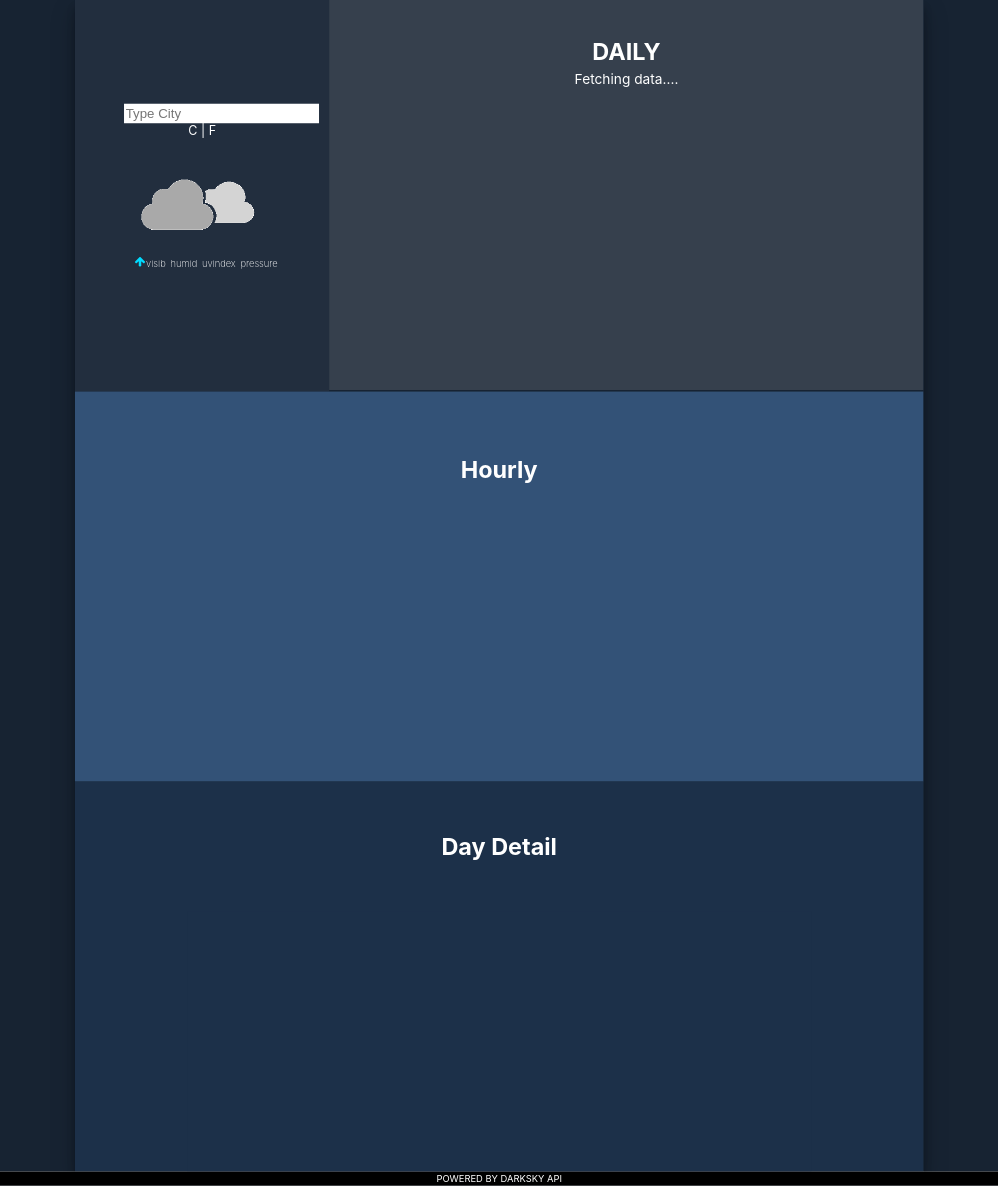
Repository: DOODpls/assignment3_weather
Page: index.html
An editor plug-in stored every save of this project. The page is shown before and after the next save, followed by the edit.
The browser window is 1280 px wide. The pictures show the whole page, at 78% of full size.
Some web fonts or font styles are not loaded; a fallback is used. Some web libraries are served in a nearby version.

Above is the page before, as saved 2020-01-07 19:21:32.

### index.html
<!DOCTYPE html>
<html lang="en">
    <head>
        <meta charset="UTF-8" />
        <meta name="viewport" content="width=device-width, initial-scale=1.0" />
        <meta http-equiv="X-UA-Compatible" content="ie=edge" />
        <script src="https://ajax.googleapis.com/ajax/libs/jquery/1/jquery.min.js" type="text/javascript"></script>
        <script src="https://ajax.googleapis.com/ajax/libs/jqueryui/1.10.3/jquery-ui.min.js"></script>
        <title>The Weathering</title>
        <link rel="shortcut icon" href="./icons/favicon.ico" />
        <link
            rel="stylesheet"
            href="https://cdnjs.cloudflare.com/ajax/libs/bulma/0.7.5/css/bulma.min.css"
            integrity="sha256-vK3UTo/8wHbaUn+dTQD0X6dzidqc5l7gczvH+Bnowwk="
            crossorigin="anonymous"
        />
        <link
            rel="stylesheet"
            href="https://cdnjs.cloudflare.com/ajax/libs/open-iconic/1.1.1/font/css/open-iconic.min.css"
            integrity="sha256-CfN2r6i/dqkUHVRqpBzO3w21SnIWalwGfj5ScBPVzmI="
            crossorigin="anonymous"
        />
        <link rel="stylesheet" href="styles.css" />
    </head>
    <body>
        <div class="page">
            <div class="main-container">
                <div class="today-container">
                    <div class="today-stage">
                      <form action="" method="post" name="form_citydetails" id="form_citydetails" enctype="multipart/form-data" onsubmit="return false;">
                        <input class="ff_elem city-text" type="text" name="ff_nm_from[]" value="" id="f_elem_city" placeholder="Type City" onkeydown="search(this)"/>
                        </form>
                      <div class="unitswitcher">
                        <div class="celcius" id='cell'>C</div>
                        <br>
                        <p>&nbsp;|&nbsp;</p>
                        <div class="farenheight" id="farr">F</div>
                      </div>
                        <div class="info-holder">
                          <div class="preload"></div>
                          <canvas id="icon0" width="150" height="150"></canvas>
                          <p class="city"></p>
                          <p class="today-temp"></p>
                          <p class="today-description"></p>
                          <p class="today-minmax"></p>
                          <div class="sub-info">
                          <p class="app-temp"></p>
                          <div class="wind-holder">
                            <p class="wind-speed"></p>
                            <div class="wind-direction"></div>
                          </div>
                          <p class="visibility">visib</p>
                          <p class="humidity">humid</p>
                          <p class="uvindex">uvindex</p>
                          <p class="pressure">pressure</p>
                          </div>
                        </div>
                    </div>
                </div>

                <div class="week-container">
                  <p class="daily-title">DAILY</p>
                  <p class="week-summary">Fetching data....</p>
                  <div class="week-stage" id="week-stages">
                  </div>
                </div>
                <div class="hourly-container">
                  <p class="daily-title">Hourly</p>
                  <div class="hourly-row"></div>
                </div>
                <div class="day-details">
                  <div class="titlebar">
                    <p class="daily-title">Day Detail</p>
                    <p class="day-summ"></p>
                  </div>
                  <div class="summary-flex">
                  <div class="melovesomeclouds">
                    <p class="habanero"></p> <!-- have to name it like this bc for some readon uvindex(whatever) wont work  -->
                    <p class="cloud-cover"></p>
                  </div>

                  <div class="sunny">
                    <p class="sunrise"></p>
                    <p class="sunset"></p>
                  </div>

                  <div class="airwater">
                    <p class="humidity2"></p>
                    <p class="dew-point"></p>
                  </div>

                  <div class="wind">
                    <p class="ave-windspeed"></p>
                    <p class="ave-windgust"></p>
                  </div>
                </div>
                </div>
            </div>
        </div>
        <footer class="foooterrr">
          <a href="https://darksky.net/dev">POWERED BY DARKSKY API</a>
        </footer>
        <script src="./skycons.js"></script>
        <script src="./app.js"></script>
    </body>
</html>

### styles.css

.page {
  display: flex;
  color: white;
  justify-content: center;
  flex-wrap: wrap;
  background-color: #172332;
  width: 100%;
  height: 100%;
  overflow: hidden;
}
.main-container {
  height: 100%;
  width: 85vw;
  overflow-y: hidden;
  box-sizing: content-box;
  display: flex;
  justify-content: flex-start;
  flex-wrap: wrap;
  box-shadow: 0 14px 28px rgba(0, 0, 0, 0.25), 0 10px 10px rgba(0, 0, 0, 0.22);
}
.today-container {
  flex: 30%;
  display: flex;
  height: 502px;
  background: #222e3e;
  justify-content: center;
  align-items: center;
  overflow: hidden;
}
.unitswitcher{
  color: white;
  display: flex;
  justify-content: center;
}
.celcius, .farenheight{
  text-decoration: none;
  color: white;
}
.celcius:hover, .farenheight:hover{
  color: rgb(161, 161, 161);
}
.ui-helper-hidden-accessible{
  visibility: hidden;
  position: absolute;
}


.ui-autocomplete {
  position: absolute;
  top: 100%;
  left: 0;
  z-index: 1000;
  float: left;
  display: none;
  min-width: 160px;
  padding: 4px 0;
  margin: 0 0 10px 25px;
  list-style: none;
  background-color: #36404d;
  border-color: #ccc;
  border-color: rgba(0, 0, 0, 0.2);
  border-style: solid;
  border-width: 1px;
  -webkit-border-radius: 5px;
  -moz-border-radius: 5px;
  border-radius: 5px;
  -webkit-box-shadow: 0 5px 10px rgba(0, 0, 0, 0.2);
  -moz-box-shadow: 0 5px 10px rgba(0, 0, 0, 0.2);
  box-shadow: 0 5px 10px rgba(0, 0, 0, 0.2);
  -webkit-background-clip: padding-box;
  -moz-background-clip: padding;
  background-clip: padding-box;
  *border-right-width: 2px;
  *border-bottom-width: 2px;
}

.ui-menu-item > a.ui-corner-all {
  display: block;
  padding: 3px 15px;
  clear: both;
  font-weight: normal;
  line-height: 18px;
  color: #ffffff;
  white-space: nowrap;
  text-decoration: none;
}

.ui-state-hover, .ui-state-active {
  color: #ffffff;
  text-decoration: none;
  background-color: #0088cc;
  border-radius: 0px;
  -webkit-border-radius: 0px;
  -moz-border-radius: 0px;
  background-image: none;
}


.preload{
  background-image: url(./preloader.gif);
  height: 170px;
  width: 170px;
  background-size: 170px;
  position: absolute;
  top: 0;
  display: none;
}
.today-stage {
    position: relative;
    /* background: rgba(0, 0, 0, 0.2); */
}
/* #icon1{
  background-image: url(./preloader.gif);
  background-size: 150px;
} */
.today-icon {
    font-size: 140px;
    opacity: 0.17;
}
.city{
  transition-duration: .5s;
}
.today-temp {
    font-weight: 900;
    font-size: 50px;
    transition-duration: .5s;
}

.info-holder{
  display: flex;
  flex-direction: column;
  justify-content: center;
  align-items: center;
  position: relative;
}
.city-text{
  border-radius: 0px;
  width: 250px;
  height: 25px;
  font-family: Arial, Helvetica, sans-serif;
  font-size: 17px;
  color: #555;
  border: none;
  box-sizing: border-box;
  position: absolute;
  top: -22px;
}
.sub-info{
  display: flex;
  justify-content: space-around;
  flex-direction: row;
  flex-wrap: wrap;
  width: 200px;
  transition-duration: .5s;
}
.app-temp{
    font-weight: 200;
    font-size: 12px;
}
.visibility{
  font-weight: 200;
  font-size: 12px;
}
.humidity{
  font-weight: 200;
  font-size: 12px;
}
.uvindex{
  font-weight: 200;
  font-size: 12px;
}
.pressure{
  font-weight: 200;
  font-size: 12px;
}
.today-minmax {
    font-weight: 400;
    font-size: 18px;
    opacity: 0.4;
    left: 0;
    transition-duration: .5s;
}
.today-description {
    font-weight: 400;
    font-size: 18px;
    transition-duration: .5s;
}
.wind-holder{
  display: flex;
  flex-direction: row;
}
.wind-direction{
    background-image: url('./icons/general_icon/arrow-up.svg');
    height: 13px;
    width: 13px;
    background-size: 13px;
    position: relative;
    left: 5px;
    transition-duration: .5s;
}
.wind-speed{
    font-weight: 200;
    font-size: 12px;
}
.week-container {
    flex: 70%;
  height: 500px;
  width: auto;
  background-color: #36404d;
  display: flex;
  justify-content: center;
  flex-direction: column;
  align-items: center;
}
.week-summary{
  font-size: 1.1em;
  height: auto;
  width: auto;
  margin-left: 20px;
  margin-right: 20px;
  margin-bottom: 20px;
  transition-duration: .5s;
}
.week-stage {
  height: 320px;
  width: auto;
  display: flex;
  justify-content: space-between;

}


/* Track */
.week-day-container {
    height: auto;
    width: 100px;
    margin-left: 20px;
    margin-right: 20px;
    display: flex;
    flex-direction: column;
    justify-content: space-aroud;
    align-items: center;
    position: relative;
    transition-duration: .5s;
}
.week-day-container:hover{
  opacity: .5;
}
@media (max-width:1890px){
  .week-stage {
  width: 80vmin;
  overflow-x: scroll;
  overflow-y: hidden;
  }

}


.week-day-container p {
    font-weight: 400;
    font-size: 12px;
    color: white;
}

.week-day-container span {
    opacity: 0.17;
    font-size: 24px;
    margin: 0;
}
.hourly-container{
  height: 500px;
  width: 100%;
  background-color: #335277;
  display: flex;
  justify-content: center;
  flex-direction: column;
  align-items: center;
}
.hourly-row{
  display: flex;
  flex-direction: row;
  width: 1500px;
  overflow-x: scroll;
  overflow-y: hidden;
  height: 300px;
}

.hourly-cards{
  font-weight: 400;
    font-size: 12px;
    color: white;
    width: 150px;
    display: flex;
    flex-direction: column;
    justify-content: center;
    align-items: center;
    margin-left: 20px;
  margin-right: 20px;
  transition-duration: .5s;
}
.hourly-cards p{
  font-weight: 400;
    font-size: 12px;
    color: white;
}
.loopwind{
  width: auto;
  display: flex;
  flex-direction: row;
  align-items: center;
}
.arrow-rotator{
  background-image: url('./icons/general_icon/arrow-up.svg');
  height: 10px;
  width: 10px;
  background-size: 10px;
  position: relative;
  margin-right: 5px;
  transition-duration: .5s;
}

@media (max-width:1800px){
  .hourly-row{
    width: 80vw;
  }
}

/* width */
::-webkit-scrollbar {
  width: 10px;
  height: 10px;
  border-radius: 20px;
}

/* Track */
::-webkit-scrollbar-track {
  background: #f1f1f1;
  border-radius: 20px;
}

/* Handle */
::-webkit-scrollbar-thumb {
  background: #888;
  border-radius: 20px;
}

/* Handle on hover */
::-webkit-scrollbar-thumb:hover {
  background: #555;
}
.day-details{
  display: flex;
  justify-content: space-around;
  flex-direction: column;
  align-items: center;
  width: 100%;
  height: 500px;
  background-color: #1c3049;
}

.titlebar{
  display: flex;
  flex-direction: column;
  align-items: center;
  justify-content: center;
  align-content: space-between;
  height: 250px;
  margin-left: 10px;
  margin-right: 10px;
  text-align: center;
}
.daily-title{
  font-size: 30px;
  font-weight: bold;
}
.day-summ{
  font-size: 20px;
  position: relative;
  top: 30px;
}
.wind, .airwater, .sunny, .melovesomeclouds{
  font-size: 20px;
  font-weight: bold;
  width: 300px;
  transition-duration: .5s;
  text-align: center;
}
.summary-flex{
  display: flex;
  justify-content: space-around;
  align-items: center;
  flex-wrap: wrap;
  width: 800px;
  height: 500px;
  background-color: #1c3049;
  transition-duration: .5s;
}

@media (max-width: 950px){
  .summary-flex{
    width: 100%;
    margin-right: 5px;
    margin-left: 5px;
  }

}

@media (max-width:705px){
  .wind, .airwater, .sunny, .melovesomeclouds{
    font-size: 20px;
    font-weight: bold;
    display: flex;
    justify-content: center;
    flex-direction: column;
    align-items: center;
    margin-left: 10px;
    margin-right: 10px;
  }

  .main-container {
    width: 100%;
  }
  .week-container{
    flex: none;
    width: 100%;
  }
  .week-stage, .hourly-row{
    width: 90%;
  }
}
@media (max-width:260px){
  .city-text{
    width: 100%;
  }
}
.foooterrr{
  background-color: black;
  color: white;
  font-size: 12px;
  display: flex;
  justify-content: center;
  flex-direction: column;
  align-items: center;
}
a{
  text-decoration: none;
  color: white;
}

Loaded but not shown: skycons.js (726 lines, source omitted); app.js (331 lines, source omitted)

After the next save:
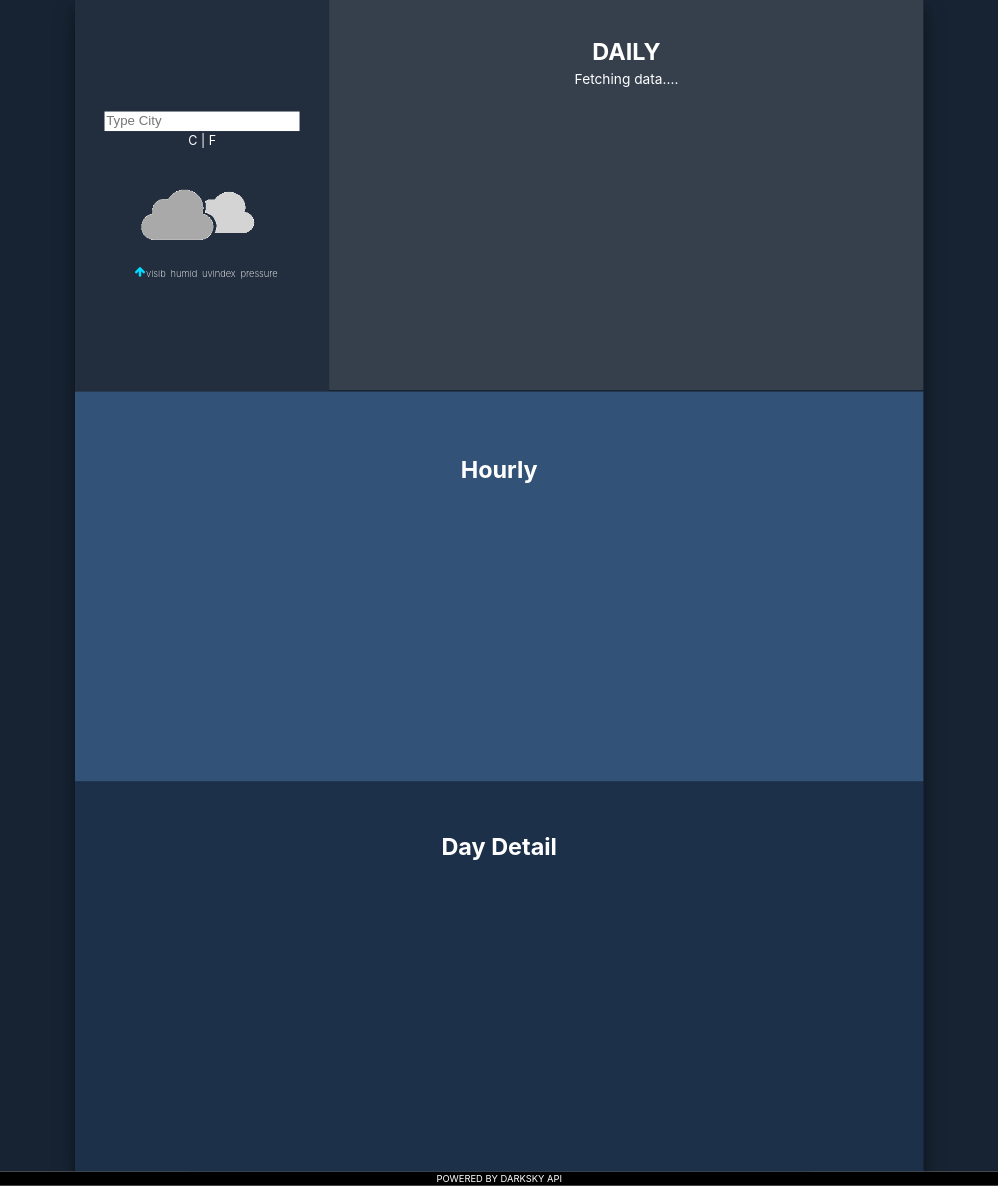
Saved 35 s later.
--- a/styles.css
+++ b/styles.css
@@ -143,7 +143,6 @@
   color: #555;
   border: none;
   box-sizing: border-box;
-  position: absolute;
   top: -22px;
 }
 .sub-info{

After the save that followed:
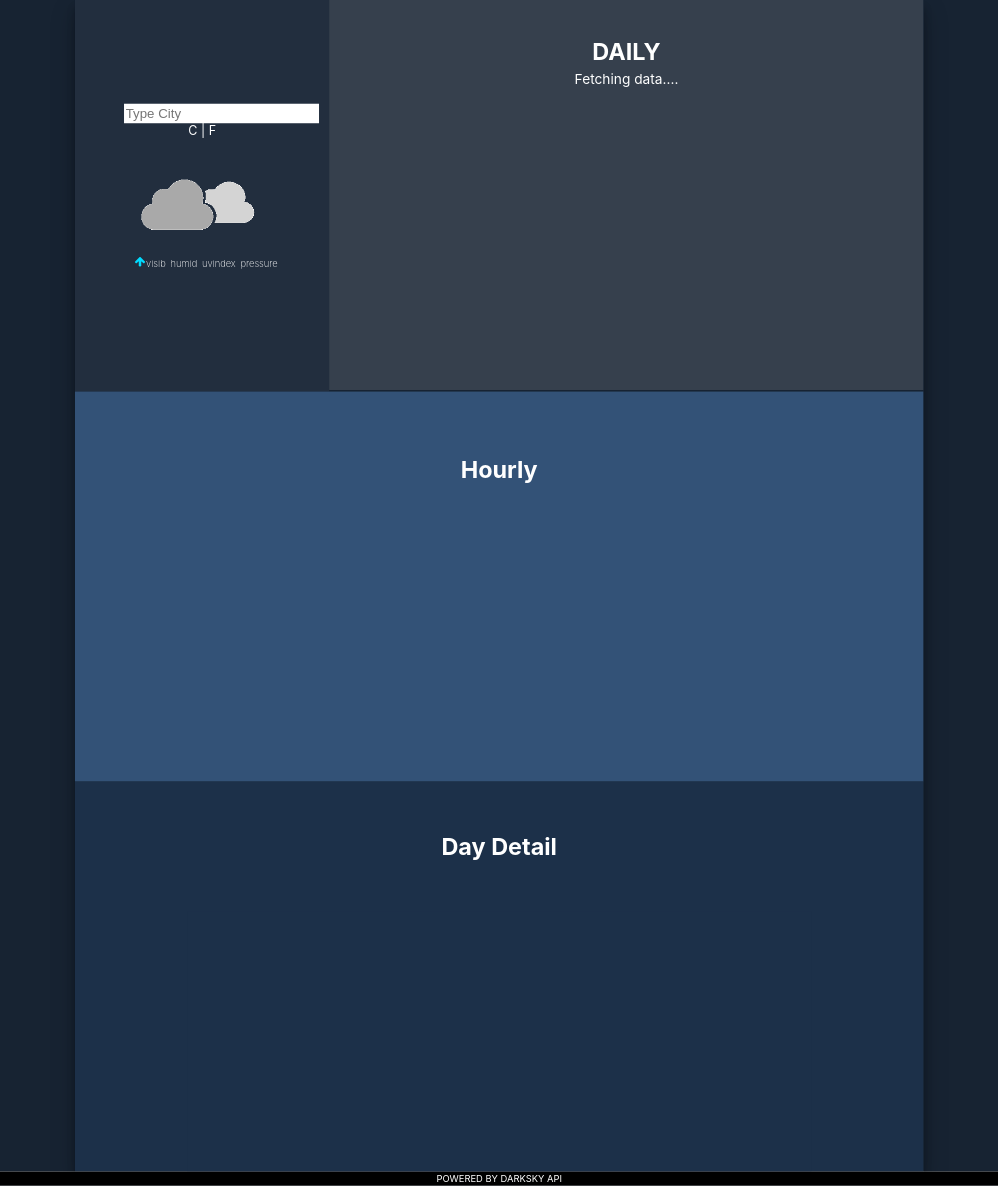
Saved 17 s later.
--- a/styles.css
+++ b/styles.css
@@ -143,6 +143,7 @@
   color: #555;
   border: none;
   box-sizing: border-box;
+  position: absolute;
   top: -22px;
 }
 .sub-info{
